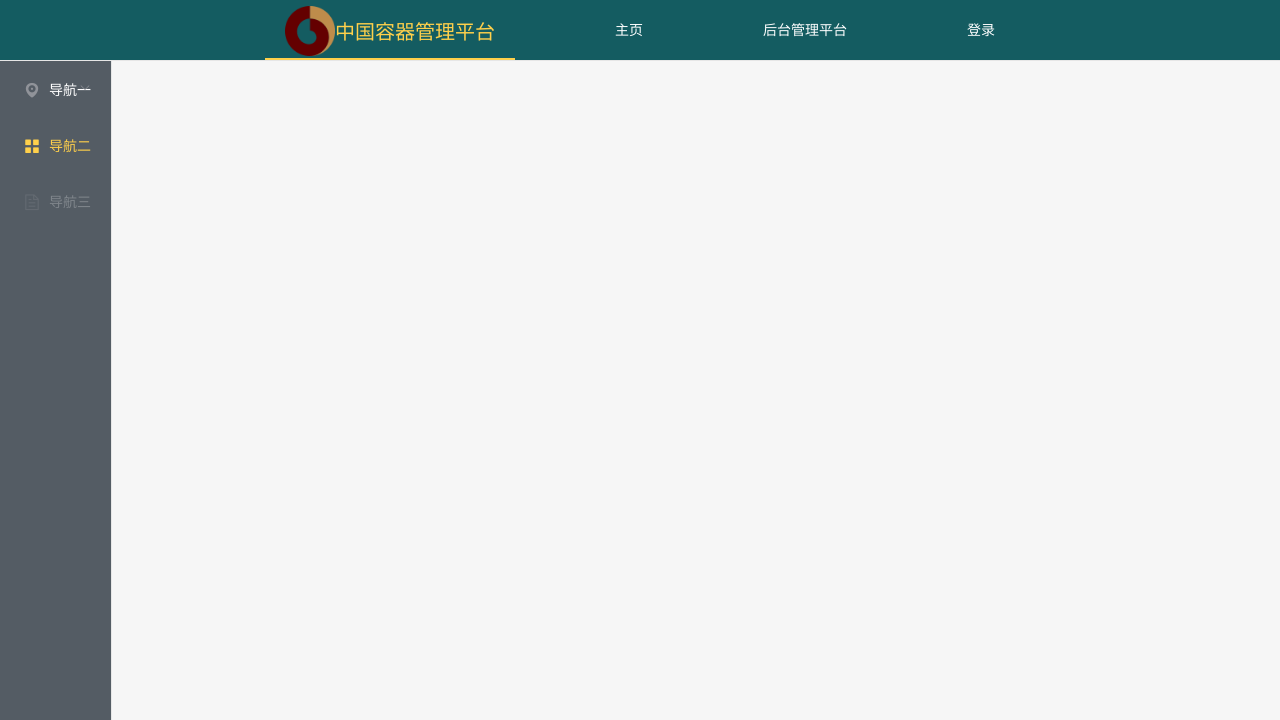
Repository: lei123zhou/zhongjin
Page: /main/management
These files come from the project's save history. The page is drawn as it stood at one moment and after the next save; the edit follows.
The browser window is 1280 px wide. The pictures show the whole page.
The project was rebuilt for these pictures with package versions that can differ from the ones it lists, and the page was loaded fresh each time. Also part of the build but not shown: vue.config.js, src/pages/management/user/UserPage.vue.

Above is the page before, as saved 2022-08-29 21:36:21.

After the next save:
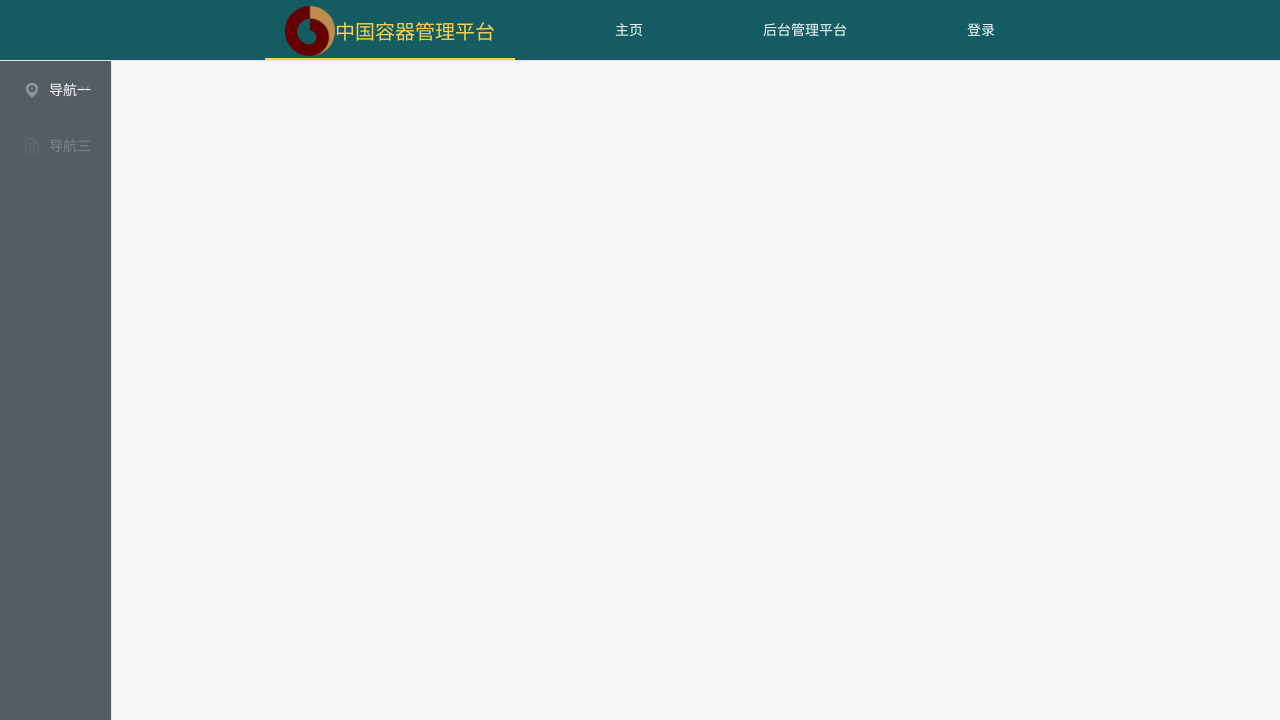
Saved 4 s later.
--- a/src/pages/management/ManagementPage.vue
+++ b/src/pages/management/ManagementPage.vue
@@ -15,10 +15,6 @@
           <span>导航一</span>
         </template>
       </el-submenu>
-      <el-menu-item index="2">
-        <i class="el-icon-menu"></i>
-        <span slot="title">导航二</span>
-      </el-menu-item>
       <el-menu-item index="3" disabled>
         <i class="el-icon-document"></i>
         <span slot="title">导航三</span>
